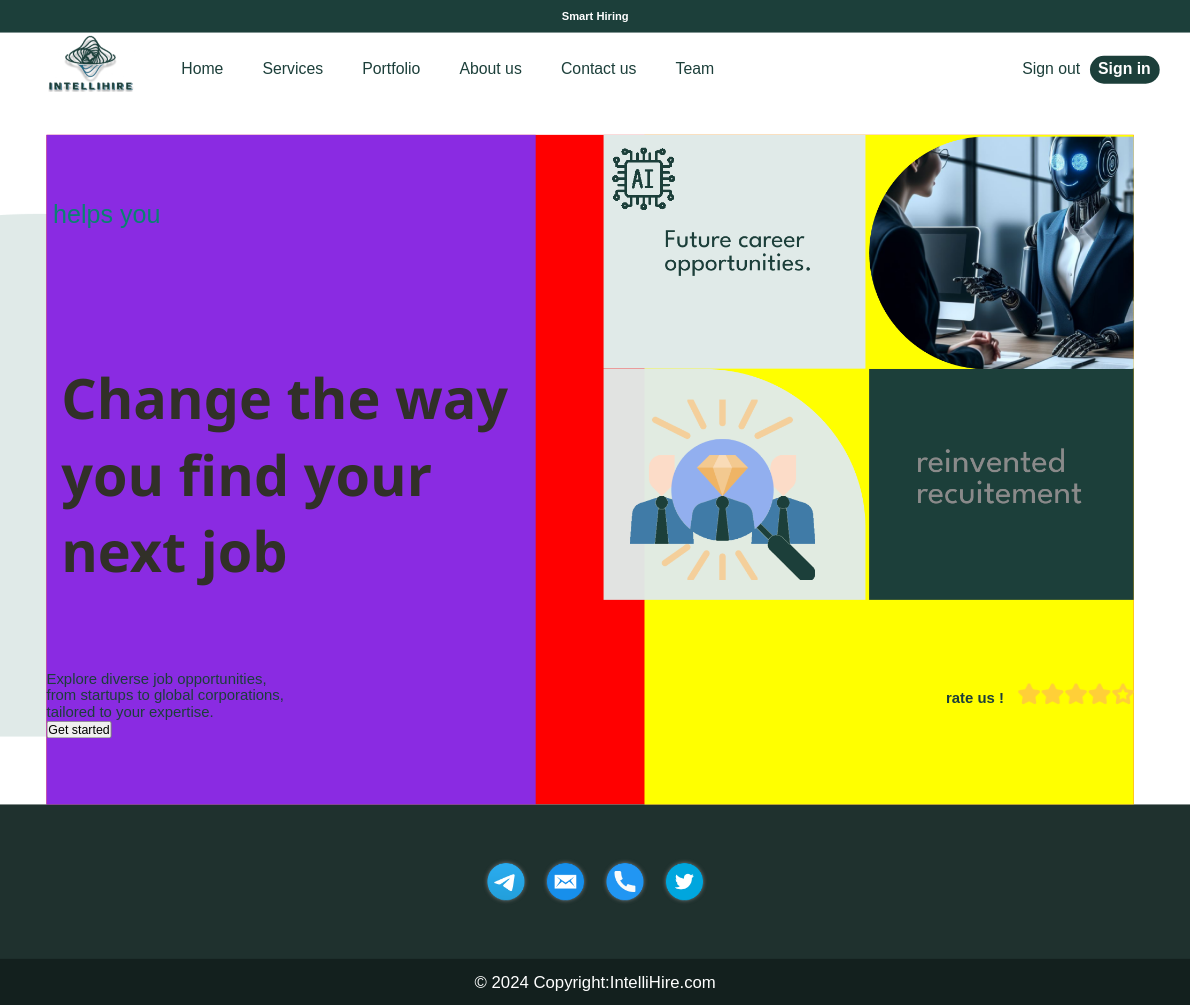
Repository: arijkl/Projet-PFA
Page: HomePage.html
An editor plug-in stored every save of this project. The page is shown before and after the next save, followed by the edit.
The browser window is 1280 px wide. The pictures show the whole page, at 93% of full size.

Above is the page before, as saved 2024-04-21 23:38:17.

After the next save:
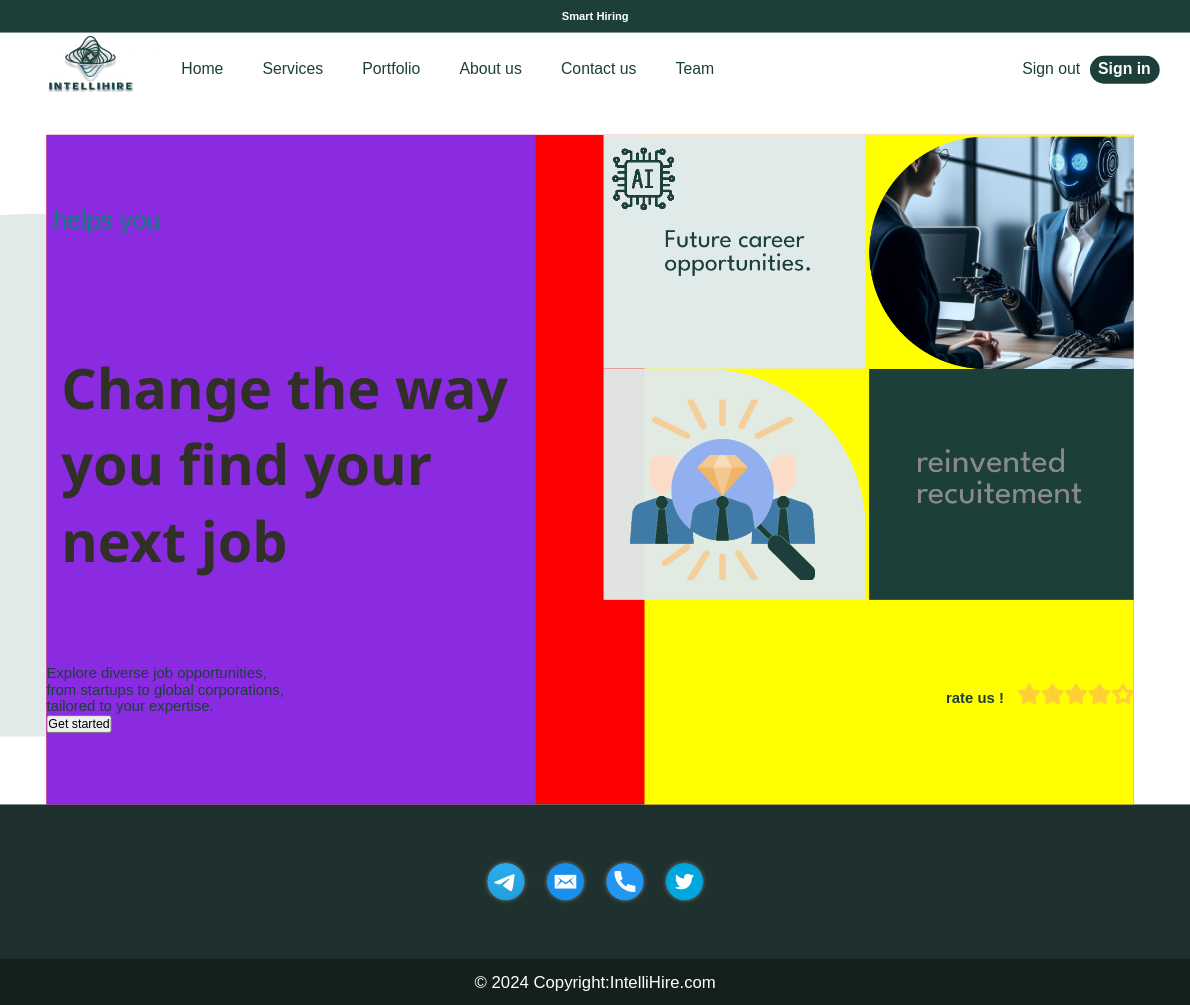
Saved 35 s later.
--- a/HomePage.css
+++ b/HomePage.css
@@ -183,7 +183,7 @@
 /*      left content           */
 .hepls-you{
     margin-left:7px;
-    margin-bottom:10%;
+    padding-bottom: 30px;
     font-size: 27px;
     color:#098271;
 }
